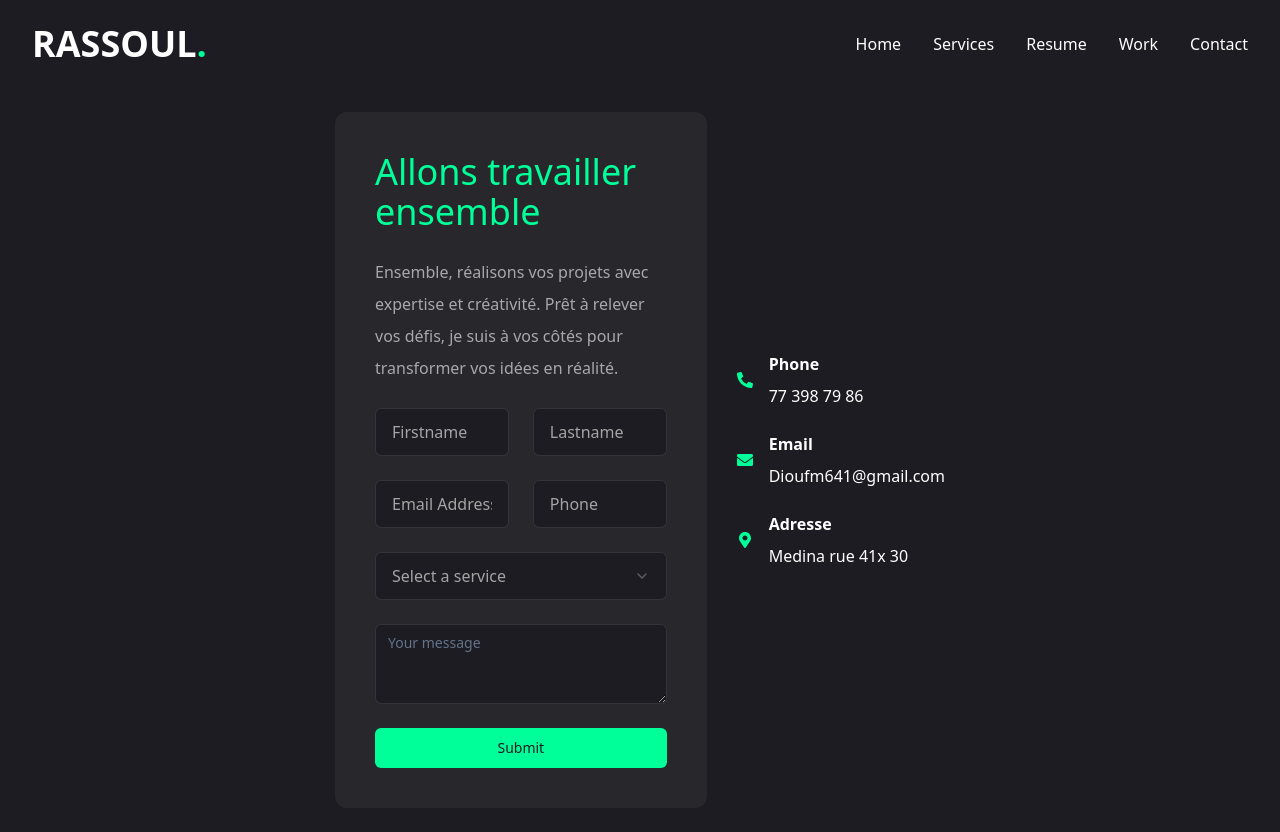
Repository: MDiouf9/portfolio2
Page: /contact
The author's editor kept a copy of each file at every save. The page is drawn from the files as they stood at one save, then again after a run of saves.
The browser window is 1280 px wide. The pictures show the whole page.
The project was rebuilt for these pictures with package versions that can differ from the ones it lists, and the page was loaded fresh each time. The framework's server and built-in components were replaced by stand-ins that run in the browser. Also part of the build but not shown: next.config.mjs.

Above is the page before, as saved 2024-10-15 23:58:24.

After the next 2 saves:
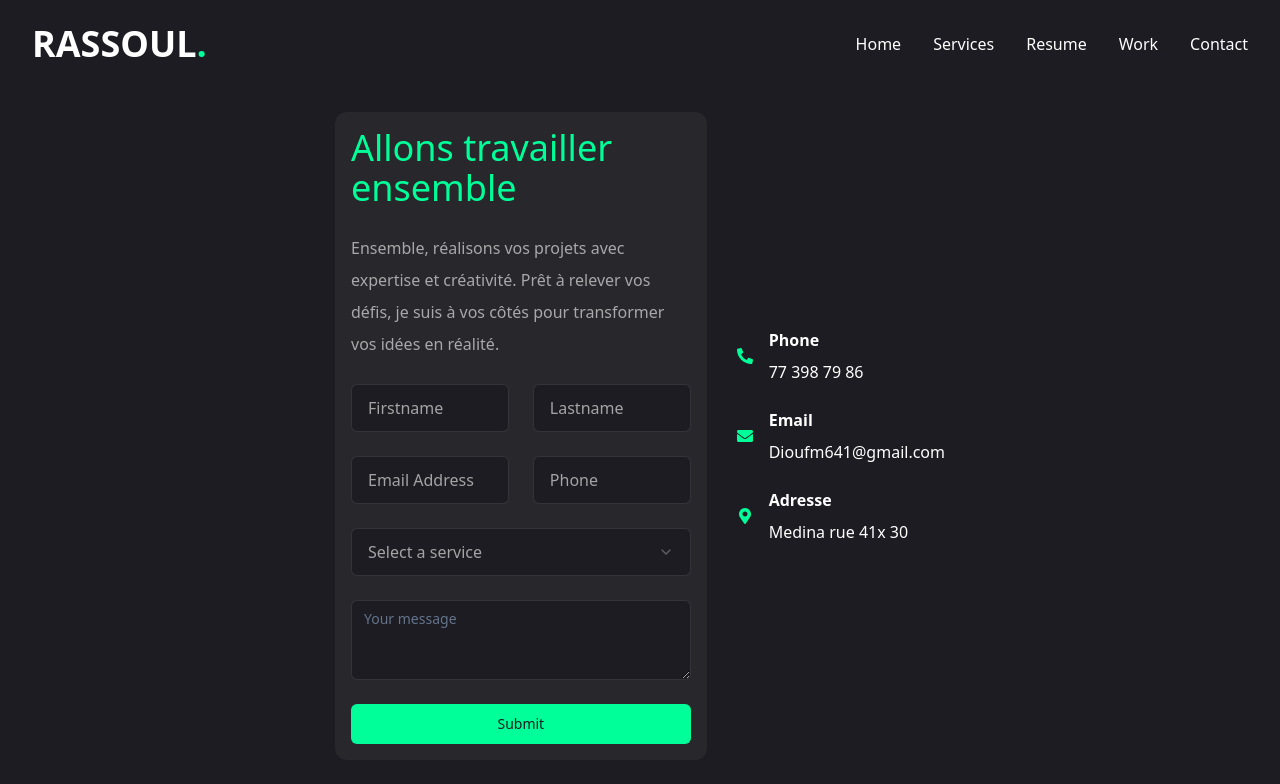
The 2 saves are shown as one change because they came seconds apart.
The last was saved 49 s later.
--- a/src/app/contact/page.tsx
+++ b/src/app/contact/page.tsx
@@ -46,7 +46,7 @@ const Contact = () => {
         <div className="flex flex-col   xl:flex-row gap-[30px]">
           {/* Formulaire de contact */}
           <div className="  xl:h-[54%] order-2  xl:order-none ">
-            <form className="flex flex-col gap-6 p-10 bg-[#27272c] rounded-xl ">
+            <form className="flex flex-col gap-6 p-4 bg-[#27272c] rounded-xl ">
               <h3 className="text-4xl text-accent"> Allons travailler ensemble</h3>
               <p className="text-white/60">
 
